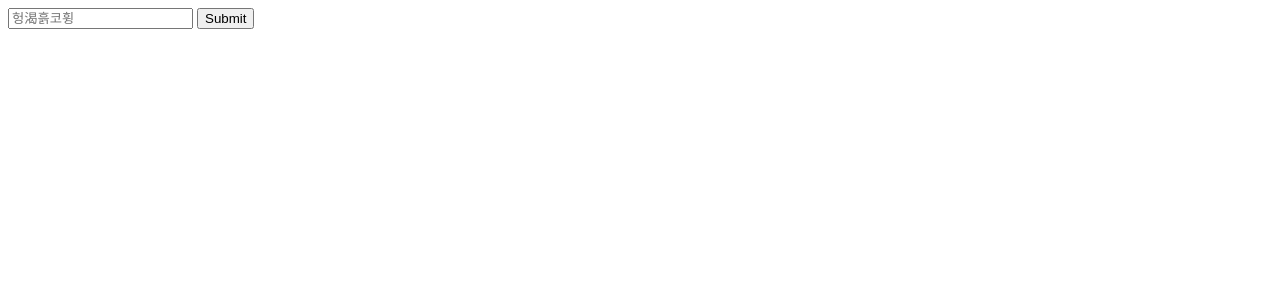
Repository: never-404/Intelligent-recommendation-system
Page: Intelligent-recommendation-system/WebRoot/test.html
These files come from the project's save history. The page is drawn as it stood at one moment and after the next save; the edit follows.
The browser window is 1280 px wide. The pictures show the whole page.

Above is the page before, as saved 2019-04-15 01:41:06.

After the next save:
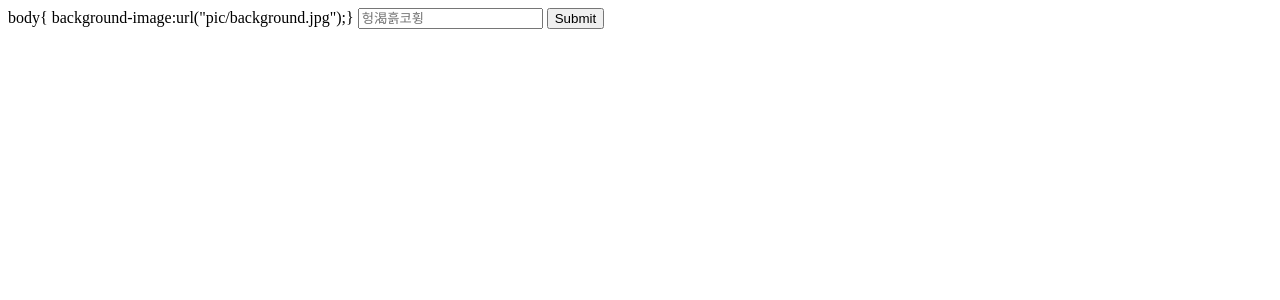
Saved 6 min 56 s later.
--- a/Intelligent-recommendation-system/WebRoot/test.html
+++ b/Intelligent-recommendation-system/WebRoot/test.html
@@ -1,6 +1,8 @@
 <!doctype html>
 <html>
           <body>
+          	body{
+	background-image:url("pic/background.jpg");}
                           <input type="text" name="use" placeholder="헝渴흙코휭" />
                           <input type="submit" />
            </body>
